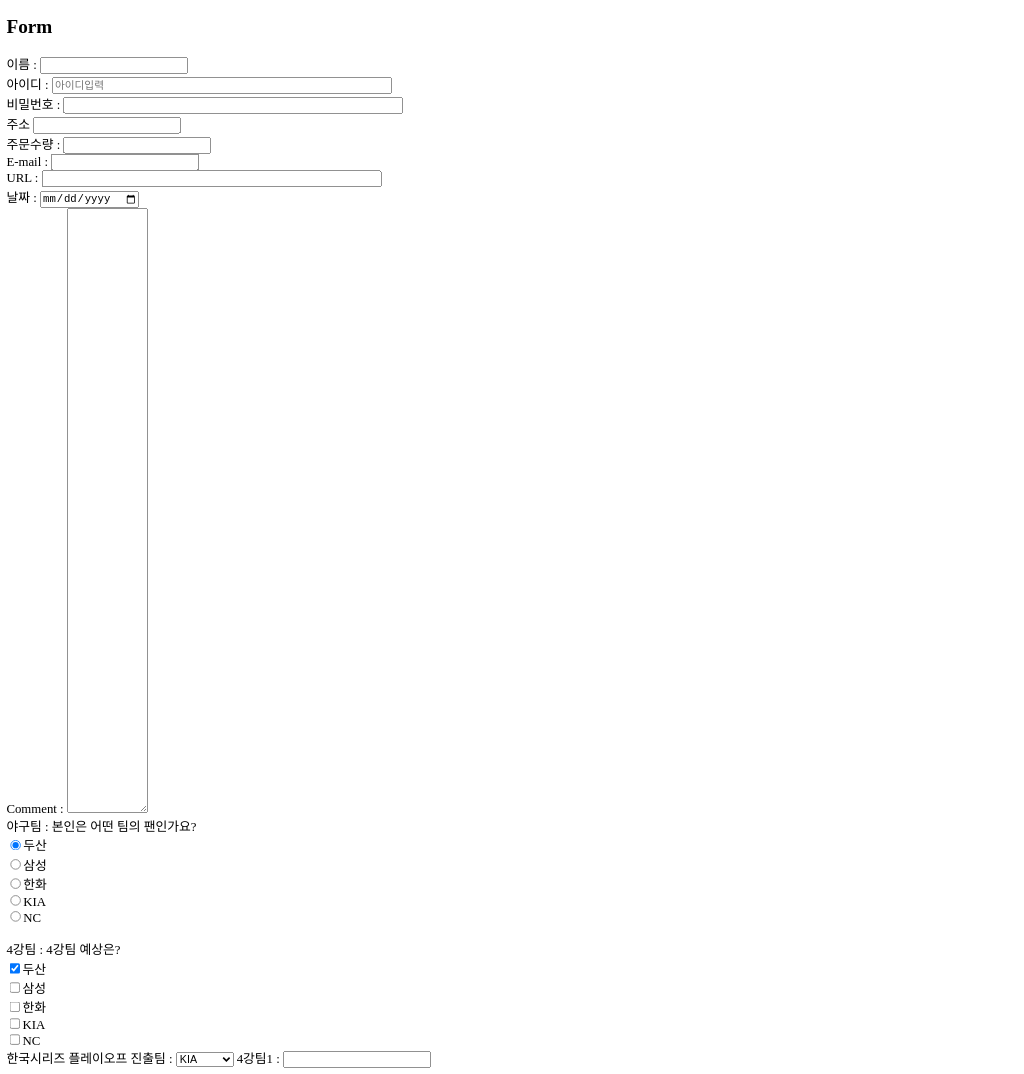
Repository: star-min/jsp_basic
Page: jsp1/web01/src/main/webapp/form.html
An editor plug-in stored every save of this project. The page is shown before and after the next save, followed by the edit.
The browser window is 1280 px wide. The pictures show the whole page, at 80% of full size.

Above is the page before, as saved 2022-04-22 05:59:01.

### jsp1/web01/src/main/webapp/form.html
<!DOCTYPE html>
<html>
<head>
<meta charset="UTF-8">
<title>From</title>
<style>

</style>
</head>
<body>
	<header>
		<h2>Form</h2>
	</header>
	<tbody>
		<div>
			<tr>
				<th><label for="mname">이름 : </label></th>
				<td>
					<input type="text" id="mname" name="mname" class="name">
					</br>
				</td>
			</tr>
			<tr>
				<th><label for="id">아이디 : </label></th>
				<td>
					<input type="text" id="id" name="id" class="indata" size="50" placeholder="아이디입력" required>
					</br>
				</td>
			</tr>
			<tr>
				<th><label for="upw">비밀번호 : </label></th>
				<td>
					<input type="password"  id="upw" name="upw" class="pw" size="50">
					</br>
				</td>
			</tr>
			<tr>
				<th><label for="addrss">주소</label></th>
				<td>
					<input type="text" >
					</br>
				</td>
			</tr>
			<tr>
				<th><label for="number">주문수량 : </label></th>
				<td>
					<input type="number" name="qty" id="qty" size="50">
					</br>
				</td>
			</tr>
			<tr>
				<th><label for="text">E-mail : </label></th>
				<td>
					<input type="text">
					</br>
				</td>
			</tr>
			<tr>
				<th><label for="url">URL : </label></th>
				<td>
					<input type="url" name="url" id="url" size="50">
					</br>
				</td>
			</tr>
			<tr>
				<th><label for="date">날짜 : </label></th>
				<td>
					<input type="date" name="date" id="date">
					</br>
				</td>
			</tr>
			<tr>
				<th><label for="comment">Comment : </label></th>
				<td>
					<textarea name="comment" rows="50" cols="10" name="comment" id="comment"></textarea>
					</br>
				</td>
			</tr>
			<tr>
				<th><label for="baseball">야구팀 : </label></th>
				<td>
					<span id="baseball">본인은 어떤 팀의 팬인가요?</span><br>
					<input type="radio" name="baseball" id="baseball1" value="두산" checked>두산<br>
					<input type="radio" name="baseball" id="baseball2" value="삼성">삼성<br>
					<input type="radio" name="baseball" id="baseball3" value="한화">한화<br>
					<input type="radio" name="baseball" id="baseball4" value="KIA">KIA<br>
					<input type="radio" name="baseball" id="baseball5" value="NC">NC<br>
					</br>
				</td>
			</tr>
			<tr>
				<th><label for="favorite">4강팀 : </label></th>
				<td>
					<span id="favorite">4강팀 예상은?</span><br>
					<input type="checkbox" name="favorite" id="favorite1" value="두산" checked>두산<br>
					<input type="checkbox" name="favorite" id="favorite2" value="삼성">삼성<br>
					<input type="checkbox" name="favorite" id="favorite3" value="한화">한화<br>
					<input type="checkbox" name="favorite" id="favorite4" value="KIA">KIA<br>
					<input type="checkbox" name="favorite" id="favorite5" value="NC">NC<br>
				</td>
			</tr>
			<tr>
				<th><label for="victory">한국시리즈 플레이오프 진출팀 : </label></th>
				<td>
					<select name="victory" id="victory">
						<option value="">선택안함</option>
						<option value="두산">두산</option>
						<option value="삼성">삼성</option>
						<option value="한화">한화</option>
						<option value="KIA" selected>KIA</option>
						<option value="NC">NC</option>
					</select>
				</td>
			</tr>
			<tr>
				<th><label for="">4강팀1 : </label></th>
				<td>
					<input type="">
					</br>
				</td>
			</tr>
		</div>
	</tbody>
</body>
</html>

After the next save:
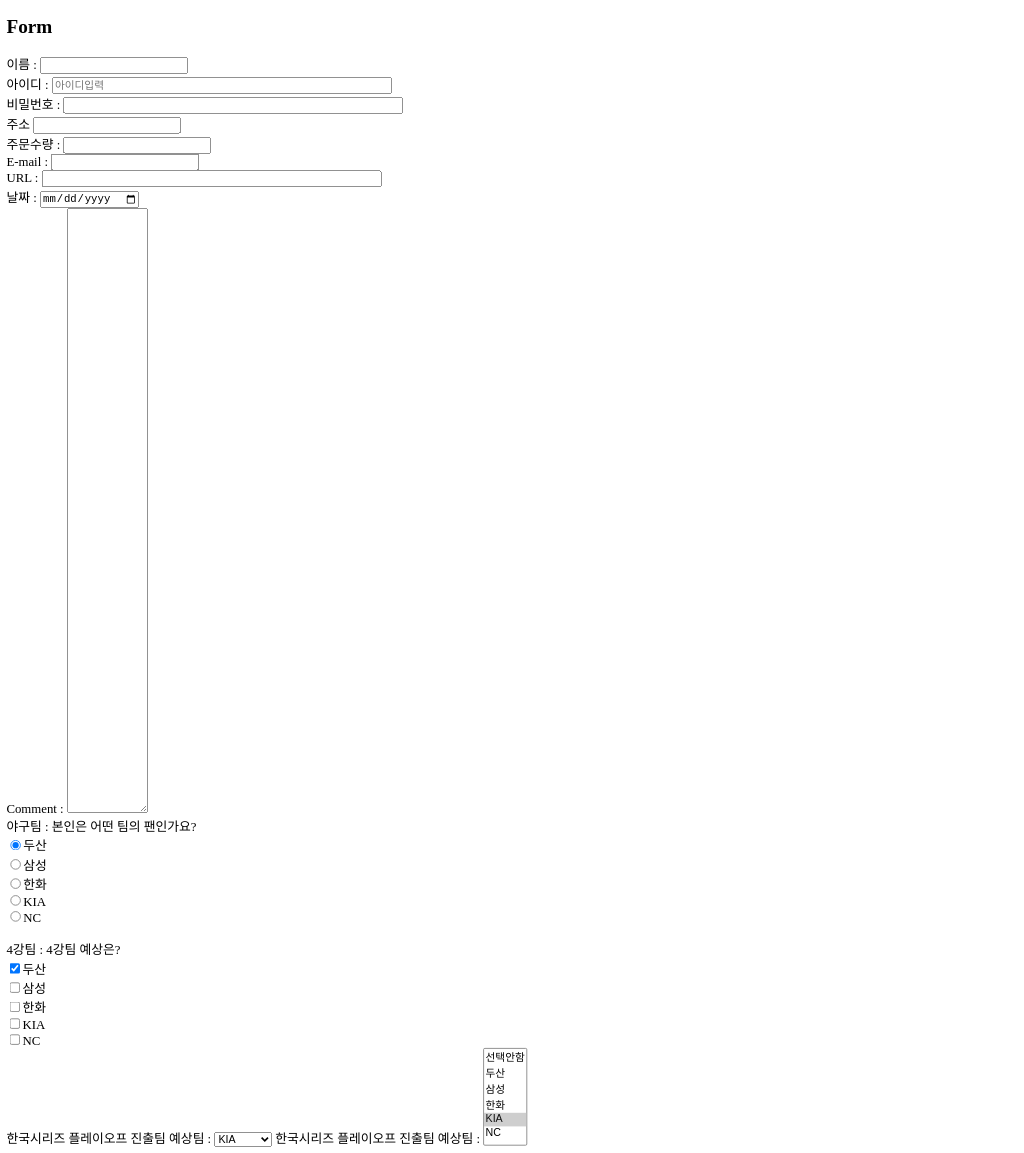
Saved 2 min 5 s later.
--- a/jsp1/web01/src/main/webapp/form.html
+++ b/jsp1/web01/src/main/webapp/form.html
@@ -100,7 +100,7 @@
 				</td>
 			</tr>
 			<tr>
-				<th><label for="victory">한국시리즈 플레이오프 진출팀 : </label></th>
+				<th><label for="victory">한국시리즈 플레이오프 진출팀 예상팀 : </label></th>
 				<td>
 					<select name="victory" id="victory">
 						<option value="">선택안함</option>
@@ -113,10 +113,16 @@
 				</td>
 			</tr>
 			<tr>
-				<th><label for="">4강팀1 : </label></th>
+				<th><label for="playoff">한국시리즈 플레이오프 진출팀 예상팀 : </label></th>
 				<td>
-					<input type="">
-					</br>
+					<select name="victory" id="victory" multiple size="6" id="playoff">
+						<option value="">선택안함</option>
+						<option value="두산">두산</option>
+						<option value="삼성">삼성</option>
+						<option value="한화">한화</option>
+						<option value="KIA" selected>KIA</option>
+						<option value="NC">NC</option>
+					</select>
 				</td>
 			</tr>
 		</div>
